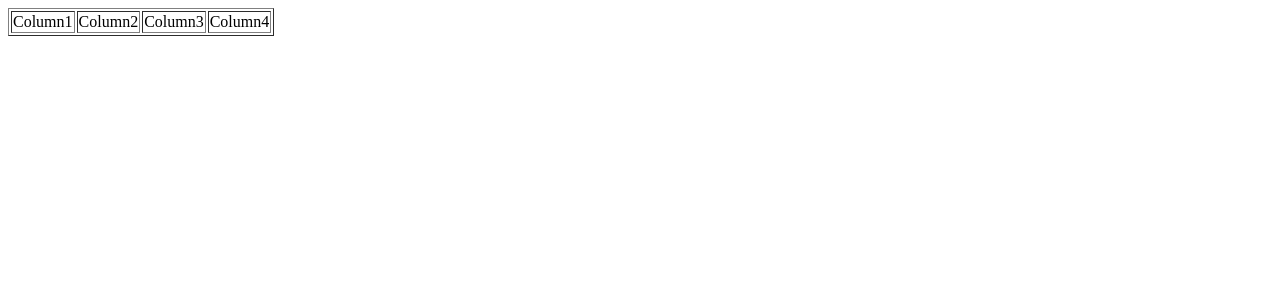
Repository: Sarah7223/internet-programming-tp
Page: TP1/ex1.html
The author's editor kept a copy of each file at every save. The page is drawn from the files as they stood at one save, then again after the next save.
The browser window is 1280 px wide. The pictures show the whole page.

Above is the page before, as saved 2022-12-23 13:37:26.

### TP1/ex1.html
<!DOCTYPE html>
<html>
    <head>
        <style>

        </style>
    </head>
    <body>
        <table border="1">
            <tbody>
                <tr>
                    <td>Column1</td>
                    <td>Column2</td>
                    <td>Column3</td>
                    <td>Column4</td>
                </tr>
                </tbody>
        </table>

    </body>
</html>

After the next save:
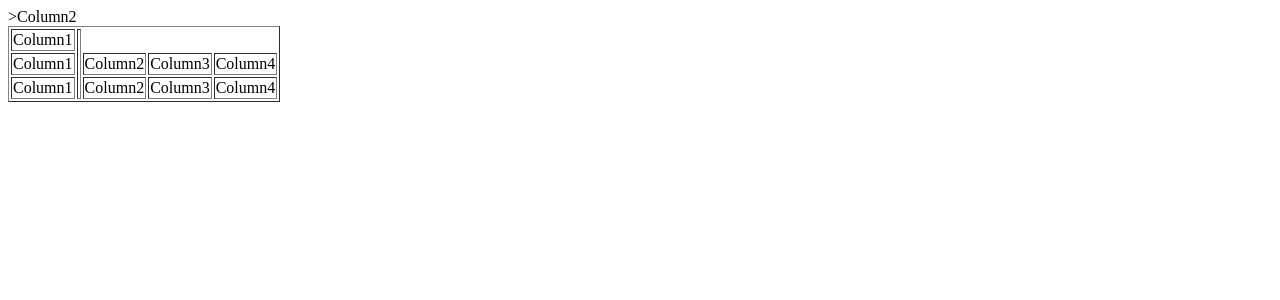
Saved 118 s later.
--- a/TP1/ex1.html
+++ b/TP1/ex1.html
@@ -10,6 +10,16 @@
             <tbody>
                 <tr>
                     <td>Column1</td>
+                    <td rowspan="3"></td>>Column2</td>
+                </tr>
+                <tr>
+                    <td>Column1</td>
+                    <td>Column2</td>
+                    <td>Column3</td>
+                    <td>Column4</td>
+                </tr>
+                <tr>
+                    <td>Column1</td>
                     <td>Column2</td>
                     <td>Column3</td>
                     <td>Column4</td>
